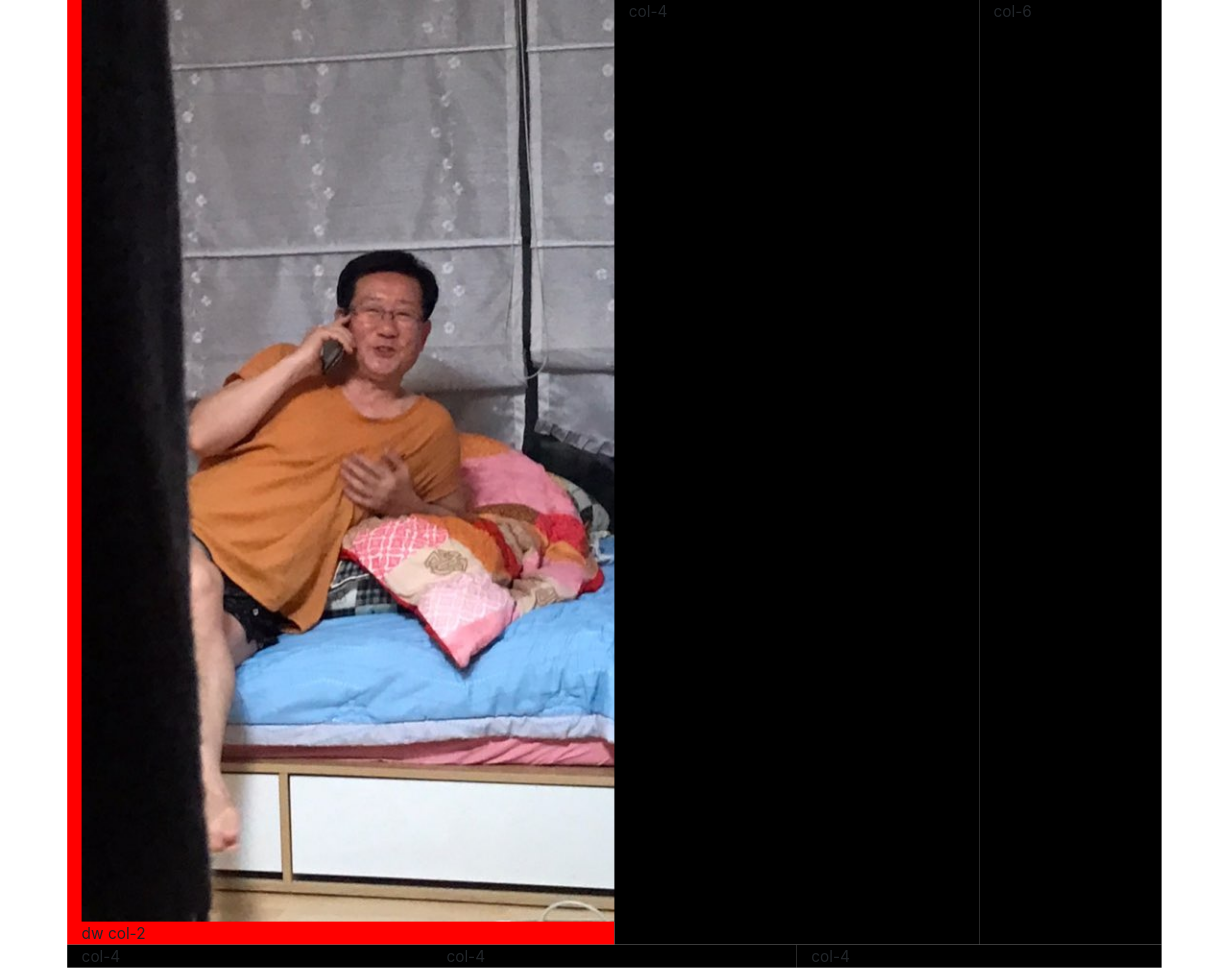
Repository: seungminlll3420/ruby_on_rails
Page: wep.html
The author's editor kept a record of every edit. The page is drawn from the files as they stood at one moment, then again after the next edit.
The browser window is 1280 px wide. The pictures show the whole page, at 96% of full size.

Above is the page before.

### wep.html

</html>
<!doctype html>
<html lang="en">
  <head>
    <!-- Required meta tags -->
    <meta charset="utf-8">
    <meta name="viewport" content="width=device-width, initial-scale=1, shrink-to-fit=no">

    <!-- Bootstrap CSS -->
    <link rel="stylesheet" href="https://stackpath.bootstrapcdn.com/bootstrap/4.4.1/css/bootstrap.min.css" integrity="sha384-Vkoo8x4CGsO3+Hhxv8T/Q5PaXtkKtu6ug5TOeNV6gBiFeWPGFN9MuhOf23Q9Ifjh" crossorigin="anonymous">

    <title>Hello, world!</title>
  </head>
  <body>
      <div class="container">
        <div class="row">
            <div class="col-6" style="background-color: red;">
                <img src="./img/이종호.jpg">dw</img>
                col-2
            </div>
            <div class="col-4" style="background-color: black;">
                col-4
            </div>
            <div class="col-2" style="background-color: black;">
                col-6
            </div>
        </div>
        <div class="row">
            <div class="col-4" style="background-color: black;">
                col-4
            </div>
            <div class="col-4" style="background-color: black;">
                col-4
            </div>
            <div class="col-4" style="background-color: black;">
                col-4
            </div>
        </div>
    </div>
    <!-- Optional JavaScript -->
    <!-- jQuery first, then Popper.js, then Bootstrap JS -->
    <script src="https://code.jquery.com/jquery-3.4.1.slim.min.js" integrity="sha384-J6qa4849blE2+poT4WnyKhv5vZF5SrPo0iEjwBvKU7imGFAV0wwj1yYfoRSJoZ+n" crossorigin="anonymous"></script>
    <script src="https://cdn.jsdelivr.net/npm/popper.js@1.16.0/dist/umd/popper.min.js" integrity="sha384-Q6E9RHvbIyZFJoft+2mJbHaEWldlvI9IOYy5n3zV9zzTtmI3UksdQRVvoxMfooAo" crossorigin="anonymous"></script>
    <script src="https://stackpath.bootstrapcdn.com/bootstrap/4.4.1/js/bootstrap.min.js" integrity="sha384-wfSDF2E50Y2D1uUdj0O3uMBJnjuUD4Ih7YwaYd1iqfktj0Uod8GCExl3Og8ifwB6" crossorigin="anonymous"></script>
  </body>
</html>

After the next edit:
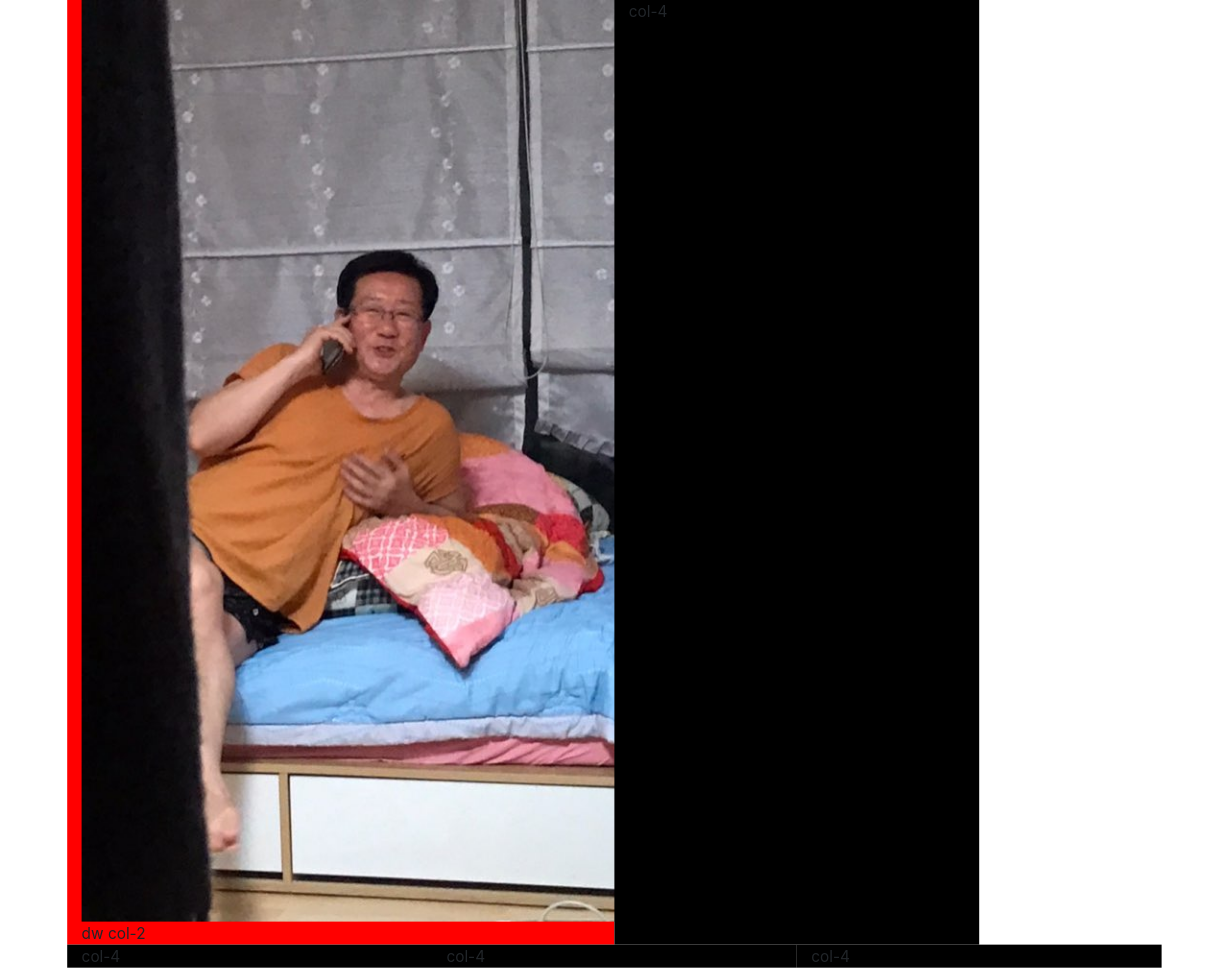
The edit:
--- a/wep.html
+++ b/wep.html
@@ -22,9 +22,7 @@
             <div class="col-4" style="background-color: black;">
                 col-4
             </div>
-            <div class="col-2" style="background-color: black;">
-                col-6
-            </div>
+
         </div>
         <div class="row">
             <div class="col-4" style="background-color: black;">
